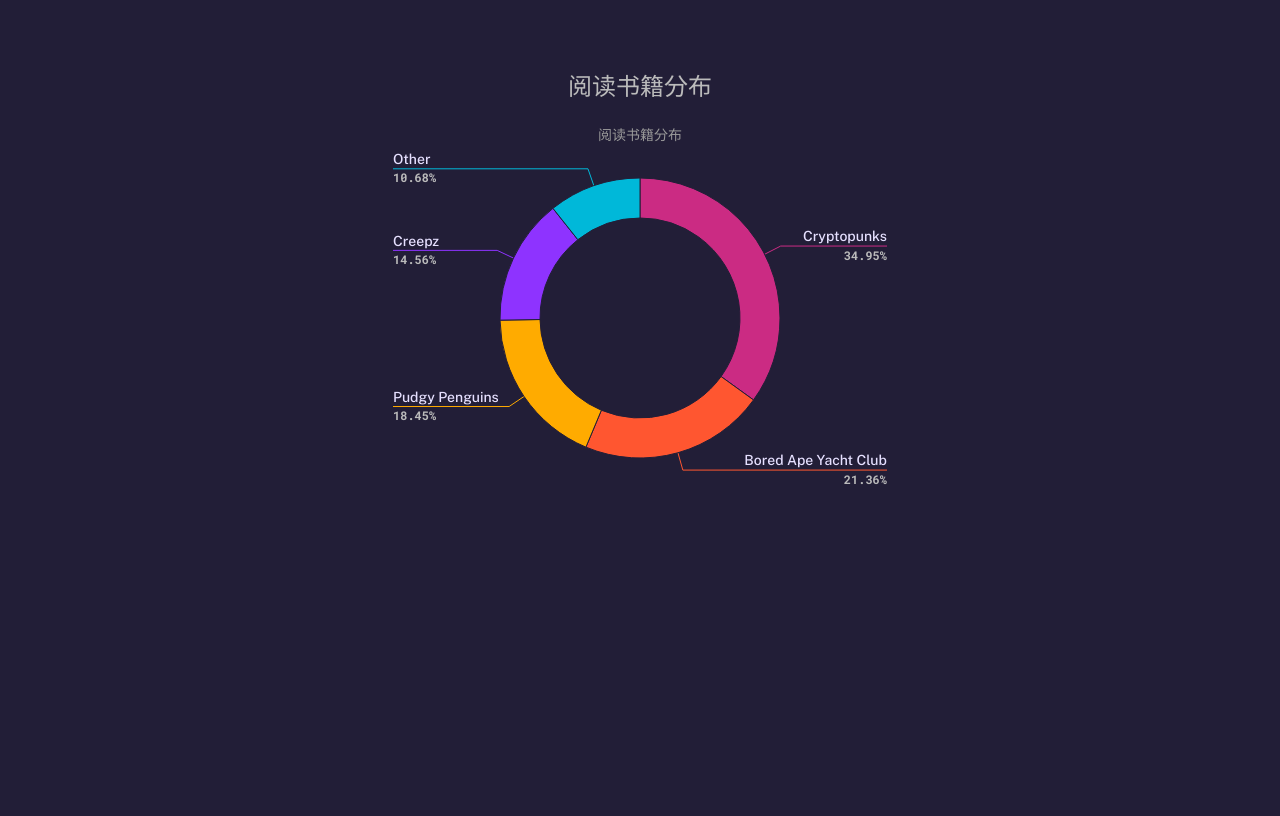
Repository: gorillabiscuit/Apache-eCharts-donut
Page: /
An editor plug-in stored every save of this project. The page is shown before and after the next save, followed by the edit.
The browser window is 1280 px wide. The pictures show the whole page.
The project was rebuilt for these pictures with package versions that can differ from the ones it lists, and the page was loaded fresh each time. Also part of the build but not shown: vite.config.ts.

Above is the page before, as saved 2025-08-14 16:05:24.

### index.html
<!doctype html>
<html lang="en">
  <head>
    <meta charset="UTF-8" />
    <link rel="icon" type="image/svg+xml" href="/vite.svg" />
    <meta name="viewport" content="width=device-width, initial-scale=1.0" />
    <link rel="preconnect" href="https://fonts.googleapis.com" />
    <link rel="preconnect" href="https://fonts.gstatic.com" crossorigin />
    <link href="https://fonts.googleapis.com/css2?family=Public+Sans:wght@500&family=Roboto+Mono:wght@700&display=swap" rel="stylesheet" />
    <title>Vite + React + TS</title>
  </head>
  <body>
    <div id="root"></div>
    <script type="module" src="/src/main.tsx"></script>
  </body>
</html>

### src/index.css
:root {
  font-family: system-ui, Avenir, Helvetica, Arial, sans-serif;
  line-height: 1.5;
  font-weight: 400;

  color-scheme: light dark;
  color: rgba(255, 255, 255, 0.87);
  background-color: #221E37;

  font-synthesis: none;
  text-rendering: optimizeLegibility;
  -webkit-font-smoothing: antialiased;
  -moz-osx-font-smoothing: grayscale;
}

a {
  font-weight: 500;
  color: #646cff;
  text-decoration: inherit;
}
a:hover {
  color: #535bf2;
}

body {
  margin: 0;
  display: flex;
  place-items: center;
  min-width: 320px;
  min-height: 100vh;
}

h1 {
  font-size: 3.2em;
  line-height: 1.1;
}

button {
  border-radius: 8px;
  border: 1px solid transparent;
  padding: 0.6em 1.2em;
  font-size: 1em;
  font-weight: 500;
  font-family: inherit;
  background-color: #1a1a1a;
  cursor: pointer;
  transition: border-color 0.25s;
}
button:hover {
  border-color: #646cff;
}
button:focus,
button:focus-visible {
  outline: 4px auto -webkit-focus-ring-color;
}

@media (prefers-color-scheme: light) {
  :root {
    color: #213547;
    background-color: #221E37;
  }
  a:hover {
    color: #747bff;
  }
  button {
    background-color: #f9f9f9;
  }
}

### src/App.tsx
import './App.css'
import MultiPie from './components/MultiPie'

function App() {
  return (
    <div style={{ padding: 16, background: '#221E37', minHeight: '100vh' }}>
      <h2 style={{ color: '#BBB' }}>阅读书籍分布</h2>
      <MultiPie />
    </div>
  )
}

export default App

### src/components/MultiPie.tsx
import { useEffect, useRef } from 'react'
import * as echarts from 'echarts/core'
import { PieChart } from 'echarts/charts'
import { TitleComponent } from 'echarts/components'
import { CanvasRenderer } from 'echarts/renderers'

echarts.use([TitleComponent, PieChart, CanvasRenderer])

export default function MultiPie() {
  const chartContainerRef = useRef<HTMLDivElement | null>(null)

  useEffect(() => {
    if (!chartContainerRef.current) return

    const chart = echarts.init(chartContainerRef.current)

    const data = [
      { name: 'Cryptopunks', value: 36, itemStyle: { color: '#CB2B83' } },
      { name: 'Bored Ape Yacht Club', value: 22, itemStyle: { color: '#FF5630' } },
      { name: 'Pudgy Penguins', value: 19, itemStyle: { color: '#FFAB00' } },
      { name: 'Creepz', value: 15, itemStyle: { color: '#8E33FF' } },
      { name: 'Other', value: 11, itemStyle: { color: '#00B8D9' } }
    ]

    type LabelLayoutParams = {
      labelRect: { x: number; width: number }
      labelLinePoints: [number[], number[], number[]]
    }

    const option: echarts.EChartsCoreOption = {
      backgroundColor: '#221E37',
      color: ['#CB2B83', '#00B8D9', '#8E33FF', '#FF5630', '#FFAB00'],
      title: {
        text: '阅读书籍分布',
        left: 'center',
        textStyle: {
          color: '#999',
          fontWeight: 'normal',
          fontSize: 14
        }
      },
      series: [
        {
          type: 'pie',
          radius: [100, 140],
          center: ['50%', '50%'],
          left: 'center',
          width: 514,
          itemStyle: {
            borderColor: '#221E37',
            borderWidth: 1
          },
          label: {
            alignTo: 'edge',
            formatter: '{name|{b}}\n{percent|{d}%}',
            minMargin: 5,
            edgeDistance: 10,
            lineHeight: 18,
            rich: {
              name: {
                fontSize: 14,
                fontFamily: 'Public Sans',
                fontWeight: 500,
                color: '#E6E0FF'
              },
              percent: {
                fontSize: 12,
                fontFamily: 'Roboto Mono',
                fontWeight: 700,
                color: '#BBB',
                padding: [2, 0, 0, 0]
              }
            }
          },
          labelLine: {
            length: 18,
            length2: 8,
            maxSurfaceAngle: 80
          },
          labelLayout: (params: LabelLayoutParams) => {
            const isLeft = params.labelRect.x < chart.getWidth() / 2
            const points = params.labelLinePoints
            points[2][0] = isLeft
              ? params.labelRect.x
              : params.labelRect.x + params.labelRect.width
            return {
              labelLinePoints: points
            }
          },
          data
        }
      ]
    }

    chart.setOption(option)

    const handleResize = () => chart.resize()
    window.addEventListener('resize', handleResize)

    return () => {
      window.removeEventListener('resize', handleResize)
      chart.dispose()
    }
  }, [])

  return (
    <div
      ref={chartContainerRef}
      style={{ width: 514, minWidth: 514, maxWidth: 514, height: 388 }}
    />
  )
}

Loaded but not shown: src/main.tsx (common file); src/App.css (common file)

After the next save:
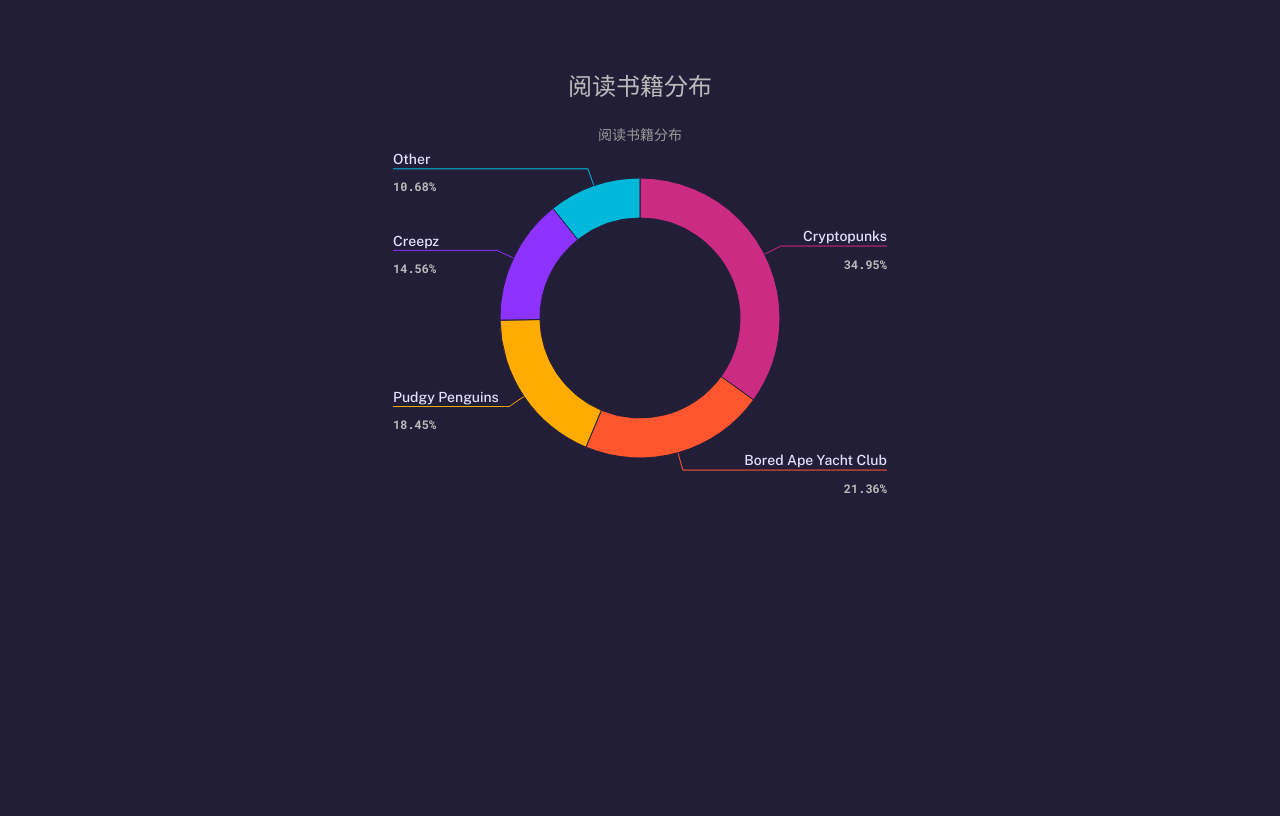
Saved 43 s later.
--- a/src/components/MultiPie.tsx
+++ b/src/components/MultiPie.tsx
@@ -68,7 +68,7 @@
                 fontFamily: 'Roboto Mono',
                 fontWeight: 700,
                 color: '#BBB',
-                padding: [2, 0, 0, 0]
+                padding: [20, 0, 0, 0]
               }
             }
           },
